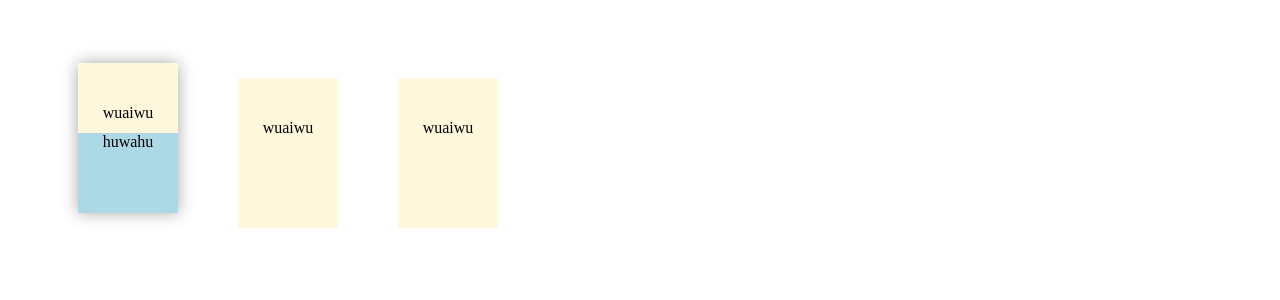
Repository: monijijian/VScodeProject
Page: 02.CSS/过渡和动画.html/过渡.html
An editor plug-in stored every save of this project. The page is shown before and after the next save, followed by the edit.
The browser window is 1280 px wide. The pictures show the whole page.
The pointer rests on the first visible `.item`.

Above is the page before, as saved 2020-10-14 17:26:18.

After the next save:
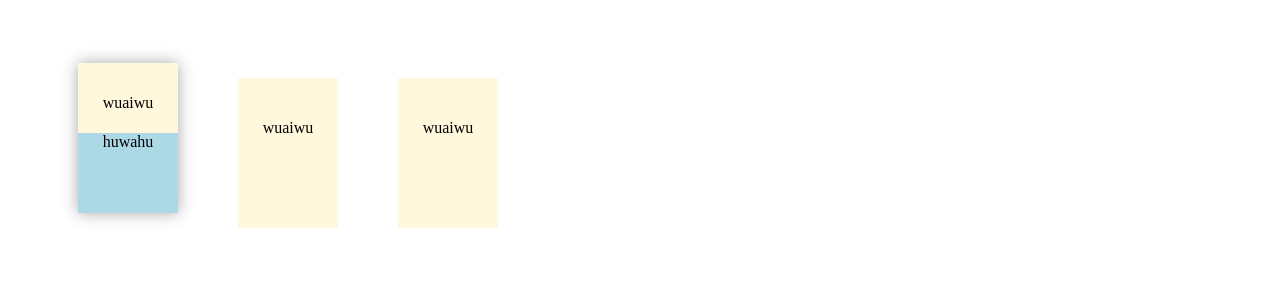
Saved 56 s later.
--- a/02.CSS/过渡和动画.html/过渡.html
+++ b/02.CSS/过渡和动画.html/过渡.html
@@ -40,6 +40,10 @@
             line-height: 100px;
             padding: 0;
         }
+        .item:hover .spn1{
+            line-height: 80px;
+        }
+
         .spn2{
             text-align: center;
             background-color: lightblue;
